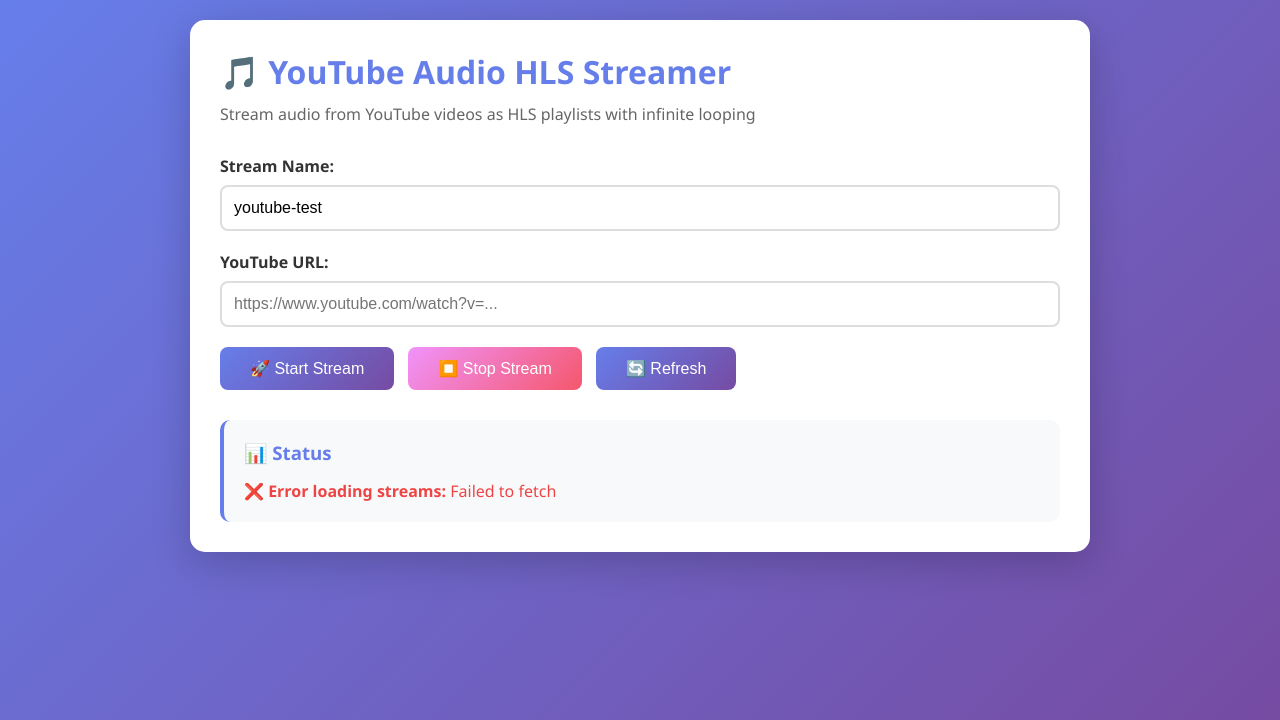
Repository: Anubis2001/quran-live-m3u8
Page: public/youtube-streamer.html
The author's editor kept a copy of each file at every save. The page is drawn from the files as they stood at one save, then again after the next save.
The browser window is 1280 px wide. The pictures show the whole page.
The page's requests for data from a server got no answer.

Above is the page before, as saved 2026-04-02 22:18:19.

### public/youtube-streamer.html
<!DOCTYPE html>
<html lang="en">
<head>
    <meta charset="UTF-8">
    <meta name="viewport" content="width=device-width, initial-scale=1.0">
    <title>YouTube Audio HLS Streamer</title>
    <style>
        * {
            margin: 0;
            padding: 0;
            box-sizing: border-box;
        }

        body {
            font-family: 'Segoe UI', Tahoma, Geneva, Verdana, sans-serif;
            background: linear-gradient(135deg, #667eea 0%, #764ba2 100%);
            min-height: 100vh;
            padding: 20px;
        }

        .container {
            max-width: 900px;
            margin: 0 auto;
            background: white;
            border-radius: 15px;
            padding: 30px;
            box-shadow: 0 10px 40px rgba(0,0,0,0.2);
        }

        h1 {
            color: #667eea;
            margin-bottom: 10px;
        }

        .subtitle {
            color: #666;
            margin-bottom: 30px;
        }

        .form-group {
            margin-bottom: 20px;
        }

        label {
            display: block;
            margin-bottom: 8px;
            color: #333;
            font-weight: 600;
        }

        input[type="text"],
        input[type="url"] {
            width: 100%;
            padding: 12px;
            border: 2px solid #ddd;
            border-radius: 8px;
            font-size: 16px;
            transition: border-color 0.3s;
        }

        input:focus {
            outline: none;
            border-color: #667eea;
        }

        .btn {
            background: linear-gradient(135deg, #667eea 0%, #764ba2 100%);
            color: white;
            border: none;
            padding: 12px 30px;
            border-radius: 8px;
            font-size: 16px;
            cursor: pointer;
            transition: transform 0.2s, box-shadow 0.2s;
            margin-right: 10px;
        }

        .btn:hover {
            transform: translateY(-2px);
            box-shadow: 0 5px 15px rgba(102, 126, 234, 0.4);
        }

        .btn:active {
            transform: translateY(0);
        }

        .btn-stop {
            background: linear-gradient(135deg, #f093fb 0%, #f5576c 100%);
        }

        .status-box {
            margin-top: 30px;
            padding: 20px;
            background: #f8f9fa;
            border-radius: 10px;
            border-left: 4px solid #667eea;
        }

        .status-box h3 {
            color: #667eea;
            margin-bottom: 15px;
        }

        .stream-item {
            background: white;
            padding: 15px;
            margin-bottom: 10px;
            border-radius: 8px;
            border: 1px solid #e0e0e0;
        }

        .stream-item strong {
            color: #667eea;
        }

        .success {
            color: #22c55e;
        }

        .error {
            color: #ef4444;
        }

        .loading {
            display: inline-block;
            width: 20px;
            height: 20px;
            border: 3px solid rgba(102, 126, 234, 0.3);
            border-radius: 50%;
            border-top-color: #667eea;
            animation: spin 1s ease-in-out infinite;
        }

        @keyframes spin {
            to { transform: rotate(360deg); }
        }

        .audio-player {
            margin-top: 15px;
            width: 100%;
        }

        code {
            background: #f0f0f0;
            padding: 2px 6px;
            border-radius: 3px;
            font-family: 'Courier New', monospace;
            color: #d63384;
        }
    </style>
</head>
<body>
    <div class="container">
        <h1>🎵 YouTube Audio HLS Streamer</h1>
        <p class="subtitle">Stream audio from YouTube videos as HLS playlists with infinite looping</p>

        <div class="form-group">
            <label for="streamName">Stream Name:</label>
            <input type="text" id="streamName" placeholder="e.g., quran-surah-rahman" value="youtube-test">
        </div>

        <div class="form-group">
            <label for="youtubeUrl">YouTube URL:</label>
            <input type="url" id="youtubeUrl" placeholder="https://www.youtube.com/watch?v=..." value="">
        </div>

        <div style="margin-top: 20px;">
            <button class="btn" onclick="startStream()" id="startBtn">
                🚀 Start Stream
            </button>
            <button class="btn btn-stop" onclick="stopStream()" id="stopBtn">
                ⏹️ Stop Stream
            </button>
            <button class="btn" onclick="loadStreams()" id="refreshBtn">
                🔄 Refresh
            </button>
        </div>

        <div class="status-box" id="statusBox">
            <h3>📊 Status</h3>
            <div id="statusContent">Click "Refresh" to load active streams</div>
        </div>
    </div>

    <script>
        const SERVER_URL = window.location.origin;
        const AUTH_HEADER = 'Basic YWRtaW46QCFKS0YzZVdkMTI=';

        async function startStream() {
            const name = document.getElementById('streamName').value.trim();
            const url = document.getElementById('youtubeUrl').value.trim();

            if (!name || !url) {
                alert('Please enter both stream name and YouTube URL');
                return;
            }

            const btn = document.getElementById('startBtn');
            btn.disabled = true;
            btn.innerHTML = '<span class="loading"></span> Starting...';

            try {
                const response = await fetch(`${SERVER_URL}/api/streams/youtube/${name}`, {
                    method: 'POST',
                    headers: {
                        'Authorization': AUTH_HEADER,
                        'Content-Type': 'application/json'
                    },
                    body: JSON.stringify({ url: url })
                });

                if (response.ok) {
                    const data = await response.json();
                    document.getElementById('statusContent').innerHTML = `
                        <div class="success">
                            <strong>✅ Stream started successfully!</strong><br><br>
                            <strong>Name:</strong> ${data.name}<br>
                            <strong>Stream URL:</strong> <code>${data.streamUrl}</code><br><br>
                            <audio controls class="audio-player">
                                <source src="${data.streamUrl}" type="application/vnd.apple.mpegurl">
                                Your browser does not support HLS playback.
                            </audio>
                        </div>
                    `;
                    loadStreams();
                } else {
                    const error = await response.text();
                    throw new Error(error);
                }
            } catch (error) {
                document.getElementById('statusContent').innerHTML = `
                    <div class="error">
                        <strong>❌ Error:</strong> ${error.message}
                    </div>
                `;
            } finally {
                btn.disabled = false;
                btn.innerHTML = '🚀 Start Stream';
            }
        }

        async function stopStream() {
            const name = document.getElementById('streamName').value.trim();

            if (!name) {
                alert('Please enter a stream name');
                return;
            }

            try {
                const response = await fetch(`${SERVER_URL}/api/streams/${name}/stop`, {
                    method: 'POST',
                    headers: {
                        'Authorization': AUTH_HEADER
                    }
                });

                if (response.ok) {
                    document.getElementById('statusContent').innerHTML = `
                        <div class="success">
                            <strong>✅ Stream stopped!</strong>
                        </div>
                    `;
                    loadStreams();
                } else {
                    const error = await response.text();
                    throw new Error(error);
                }
            } catch (error) {
                document.getElementById('statusContent').innerHTML = `
                    <div class="error">
                        <strong>❌ Error:</strong> ${error.message}
                    </div>
                `;
            }
        }

        async function loadStreams() {
            const statusContent = document.getElementById('statusContent');
            statusContent.innerHTML = '<span class="loading"></span> Loading...';

            try {
                const response = await fetch(`${SERVER_URL}/api/streams`);
                const streams = await response.json();

                if (streams.length === 0) {
                    statusContent.innerHTML = '<p>No active streams</p>';
                    return;
                }

                let html = '';
                streams.forEach(stream => {
                    const statusColor = stream.status === 'running' ? '#22c55e' : '#ef4444';
                    html += `
                        <div class="stream-item">
                            <strong>${stream.name}</strong><br>
                            <span style="color: ${statusColor}">● ${stream.status.toUpperCase()}</span><br>
                            <small>Created: ${new Date(stream.createdAt).toLocaleString()}</small><br>
                            <code>${stream.url}</code><br>
                            <audio controls style="margin-top: 10px; width: 100%;">
                                <source src="${stream.url}" type="application/vnd.apple.mpegurl">
                                Your browser does not support HLS
                            </audio>
                        </div>
                    `;
                });

                statusContent.innerHTML = html;
            } catch (error) {
                statusContent.innerHTML = `
                    <div class="error">
                        <strong>❌ Error loading streams:</strong> ${error.message}
                    </div>
                `;
            }
        }

        // Load streams on page load
        loadStreams();
    </script>
</body>
</html>

After the next save:
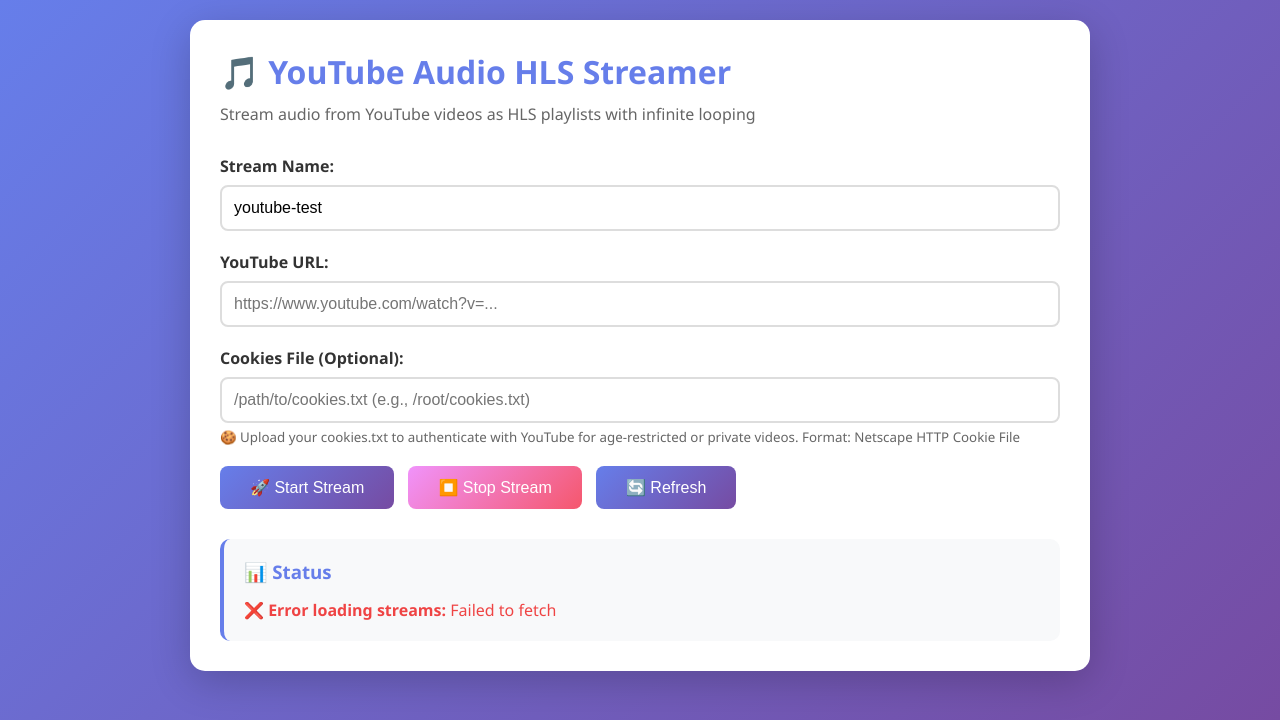
Saved 19 s later.
--- a/public/youtube-streamer.html
+++ b/public/youtube-streamer.html
@@ -162,6 +162,15 @@
         <div class="form-group">
             <label for="youtubeUrl">YouTube URL:</label>
             <input type="url" id="youtubeUrl" placeholder="https://www.youtube.com/watch?v=..." value="">
+        </div>
+
+        <div class="form-group">
+            <label for="cookiesPath">Cookies File (Optional):</label>
+            <input type="text" id="cookiesPath" placeholder="/path/to/cookies.txt (e.g., /root/cookies.txt)">
+            <small style="color: #666; display: block; margin-top: 5px;">
+                🍪 Upload your cookies.txt to authenticate with YouTube for age-restricted or private videos.
+                Format: Netscape HTTP Cookie File
+            </small>
         </div>
 
         <div style="margin-top: 20px;">
